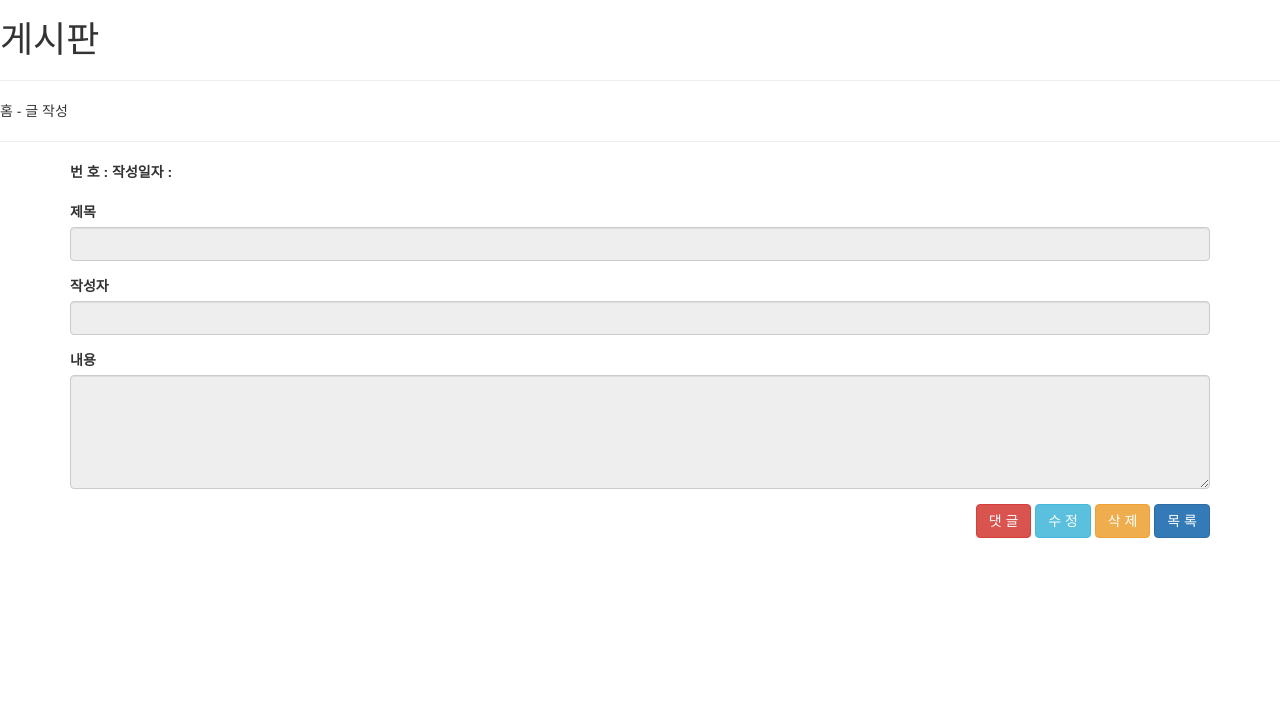
Repository: assa1092/MoonTest
Page: http://localhost/testBoard/WEB-INF/views/board/readView.jsp
The author's editor kept a copy of each file at every save. The page is drawn from the files as they stood at one save, then again after the next save.
The browser window is 1280 px wide. The pictures show the whole page.
The page is served by Tomcat 9. Nobody is signed in. The template is opened directly, without the code that normally fills it, so the values that code supplies are empty.

Above is the page before, as saved 2020-12-21 05:21:59.
Console error: SyntaxError: Unexpected token ';'

After the next save:
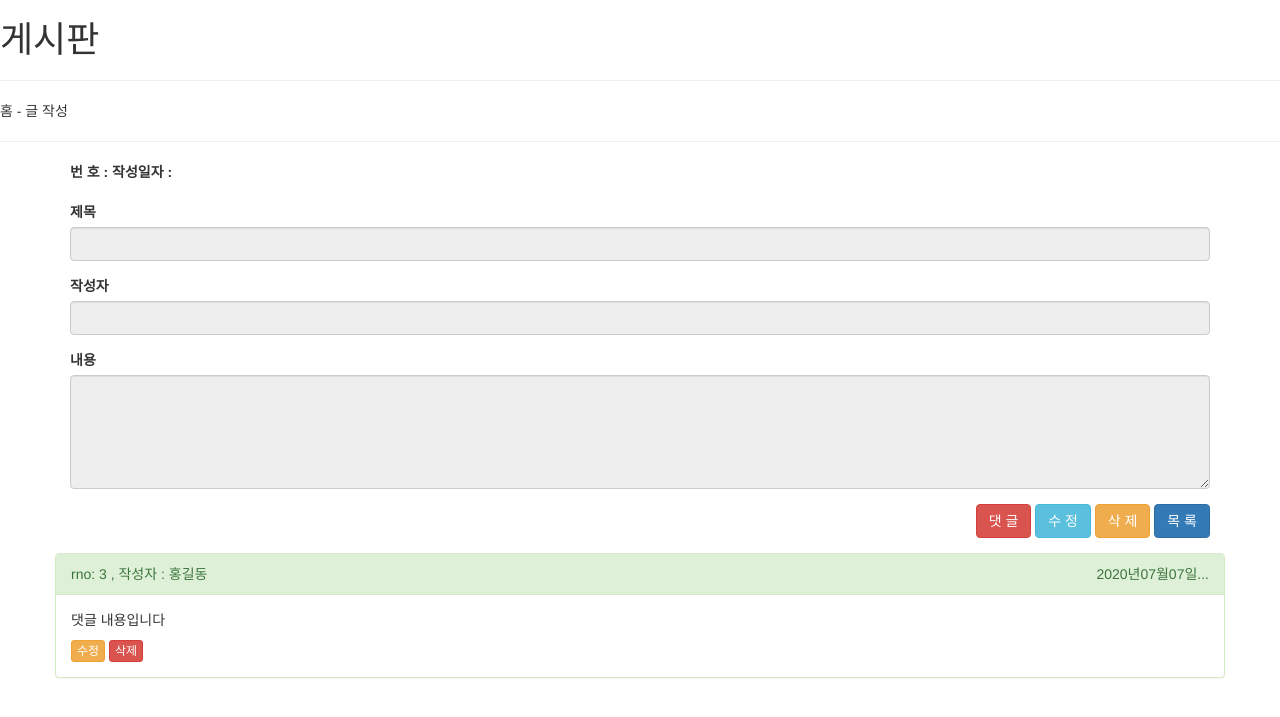
Saved 3 min 44 s later.
--- a/testBoard/src/main/webapp/WEB-INF/views/board/readView.jsp
+++ b/testBoard/src/main/webapp/WEB-INF/views/board/readView.jsp
@@ -112,10 +112,24 @@
 					<div class="form-group"  style="text-align : right" >
 						<button id="replyInsertBtn" class="btn btn-primary">댓글 등록</button>
 					</div>
-
-
 				</div>
 			</div>
+
+				<!-- 덮어쓰기 할꺼라 없는거나 마찬가지 -->
+		<div id="replies" class="row">
+			<div class="panel panel-success">
+				<div class="panel-heading">
+					<span>rno: 3 </span>, <span>작성자 : 홍길동</span>
+					<!-- class="pull-right" 오른쪽으로 붙게... -->
+					<span class="pull-right">2020년07월07일...</span>
+				</div>
+				<div class="panel-body">
+					<p>댓글 내용입니다</p>
+					<button data-name="홍길동" data-rno="3" class="btn btn-warning btn-xs replymodify">수정</button>
+					<button data-rno="3" class="btn btn-danger btn-xs replydelete">삭제</button>
+				</div>
+			</div>
+		</div><!-- class = row -->
 
 		</section>
 	</div>
@@ -187,6 +201,22 @@
 
 	function getList(bno){
 		var str = '';
+		// JSON 파일 읽어올때...getJSON(1, 2)
+		// 1. 어디로, 2.성공했을때 하는일
+		$.getJSON("/replies/all/"+ bno, function(data){
+			// 댓글이 여러개 달릴경우 같아져 버리기 때문에..
+			// id 로 지정할 수가 없다...
+			// 그래서 클래스명으로 접근한다...
+			for(var i=0 ; i < data.length ; i++){
+				str += '<div class="panel panel-success"><div class="panel-heading"><span>rno: '+ data[i]["rno"] +' </span>, <span>작성자 : '+ data[i]["replyer"]+'</span><span class="pull-right">'+ data[i]["updatedate"] +'</span></div><div class="panel-body"><p>'+ data[i]["replytext"]+'</p><button data-name = "'+data[i]["replyer"]+'" data-rno="'+data[i]["rno"]+'"  class="btn btn-warning btn-xs replymodify">수정</button><button data-rno="'+data[i]["rno"]+'"  class="btn btn-danger btn-xs replydelete">삭제</button></div></div>';
+			}
+
+			$("#replies").html(str);
+			// id가 replies의 html을 str으로 덮어씌우기...
+			// 추가하고 싶으면 .append()
+
+
+		});
 
 	}
 </script>
